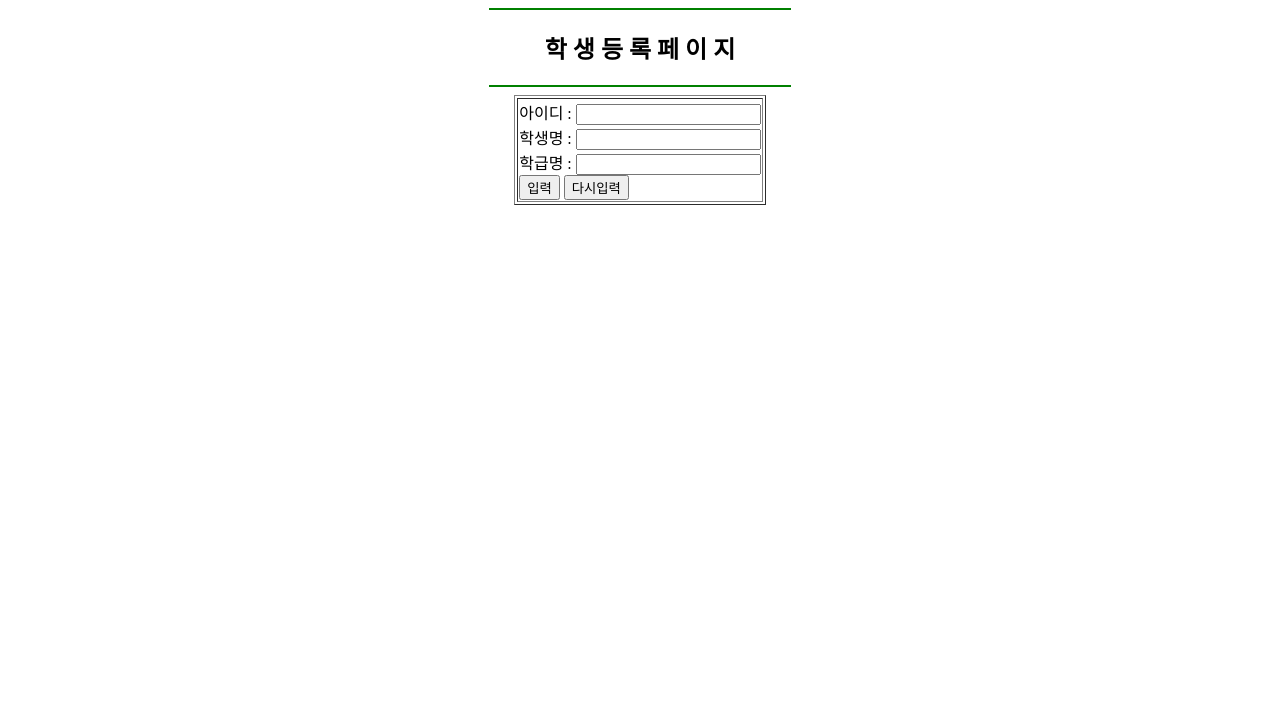
Repository: sungeunbyeol/Nowon-ezen-jsp
Page: http://localhost/myHome/student.jsp
These files come from the project's save history. The page is drawn as it stood at one moment and after the next save; the edit follows.
The browser window is 1280 px wide. The pictures show the whole page.
The page is served by Tomcat 9. Other server files are loaded and not shown.

Above is the page before, as saved 2021-11-03 06:09:19.

### myHome/WebContent/student.jsp
<%@ page language="java" contentType="text/html; charset=EUC-KR"
    pageEncoding="EUC-KR"%>
<!-- student.jsp -->

<html>
<head>
	<title>학생관리 프로그램</title>
</head>
<body>
	<div align="center">
		<hr color="green" width="300">
		<h2>학 생 등 록 페 이 지</h2>
		<hr color="green" width="300">
		<form name="f" action="insert.jsp" method="post">
			<table border="1">
				<tr>
					<td>
					아이디 : <input type="text" name="id"><br>
					학생명 : <input type="text" name="name"><br>
					학급명 : <input type="text" name="cname"><br>
					<input type="submit" value="입력">
					<input type="reset" value="다시입력">
					</td>
				</tr>
			</table>
		</form>
	</div>
</body>
</html>

After the next save:
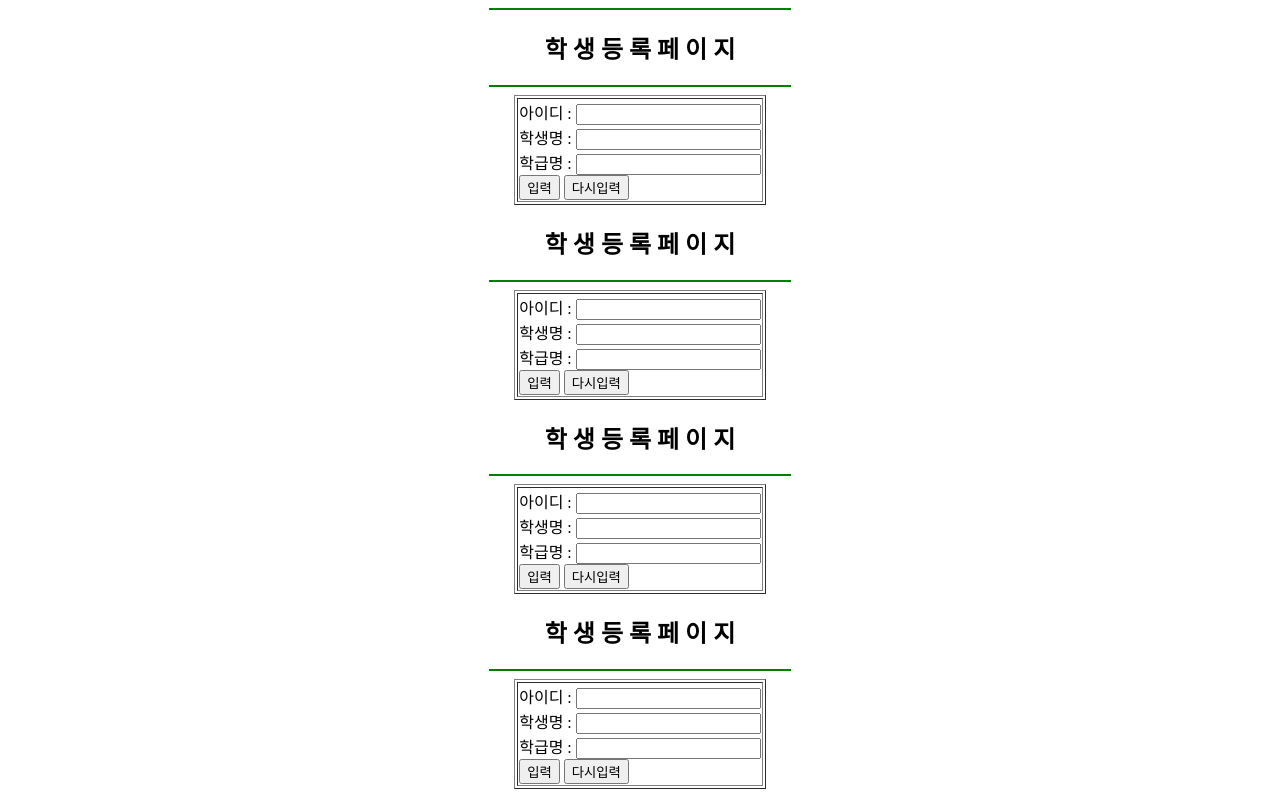
Saved 2 min 11 s later.
--- a/myHome/WebContent/student.jsp
+++ b/myHome/WebContent/student.jsp
@@ -24,6 +24,51 @@
 				</tr>
 			</table>
 		</form>
+		<h2>학 생 등 록 페 이 지</h2>
+		<hr color="green" width="300">
+		<form name="f" action="insert.jsp" method="post">
+			<table border="1">
+				<tr>
+					<td>
+					아이디 : <input type="text" name="id"><br>
+					학생명 : <input type="text" name="name"><br>
+					학급명 : <input type="text" name="cname"><br>
+					<input type="submit" value="입력">
+					<input type="reset" value="다시입력">
+					</td>
+				</tr>
+			</table>
+		</form>
+		<h2>학 생 등 록 페 이 지</h2>
+		<hr color="green" width="300">
+		<form name="f" action="insert.jsp" method="post">
+			<table border="1">
+				<tr>
+					<td>
+					아이디 : <input type="text" name="id"><br>
+					학생명 : <input type="text" name="name"><br>
+					학급명 : <input type="text" name="cname"><br>
+					<input type="submit" value="입력">
+					<input type="reset" value="다시입력">
+					</td>
+				</tr>
+			</table>
+		</form>
+		<h2>학 생 등 록 페 이 지</h2>
+		<hr color="green" width="300">
+		<form name="f" action="insert.jsp" method="post">
+			<table border="1">
+				<tr>
+					<td>
+					아이디 : <input type="text" name="id"><br>
+					학생명 : <input type="text" name="name"><br>
+					학급명 : <input type="text" name="cname"><br>
+					<input type="submit" value="입력">
+					<input type="reset" value="다시입력">
+					</td>
+				</tr>
+			</table>
+		</form>
 	</div>
 </body>
 </html>
